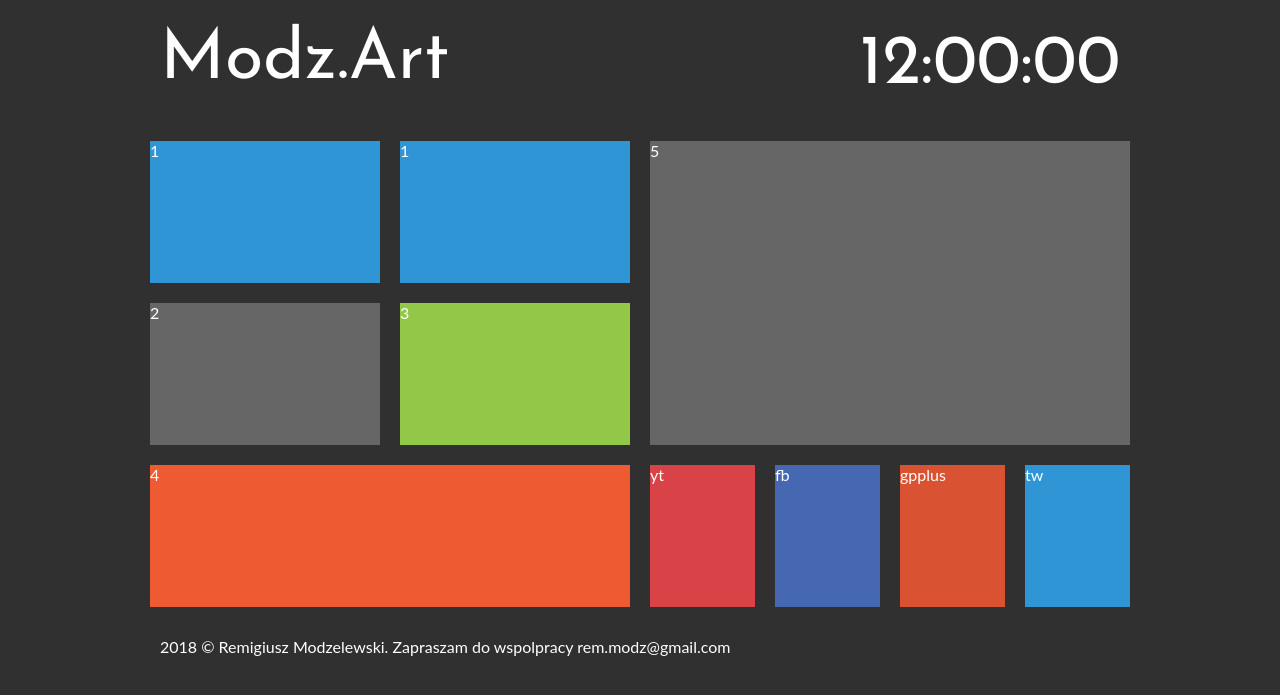
Repository: RemModz/Portfolio
Page: index.html
These files come from the project's save history. The page is drawn as it stood at one moment and after the next save; the edit follows.
The browser window is 1280 px wide. The pictures show the whole page.

Above is the page before, as saved 2018-11-01 19:12:42.

After the next save:
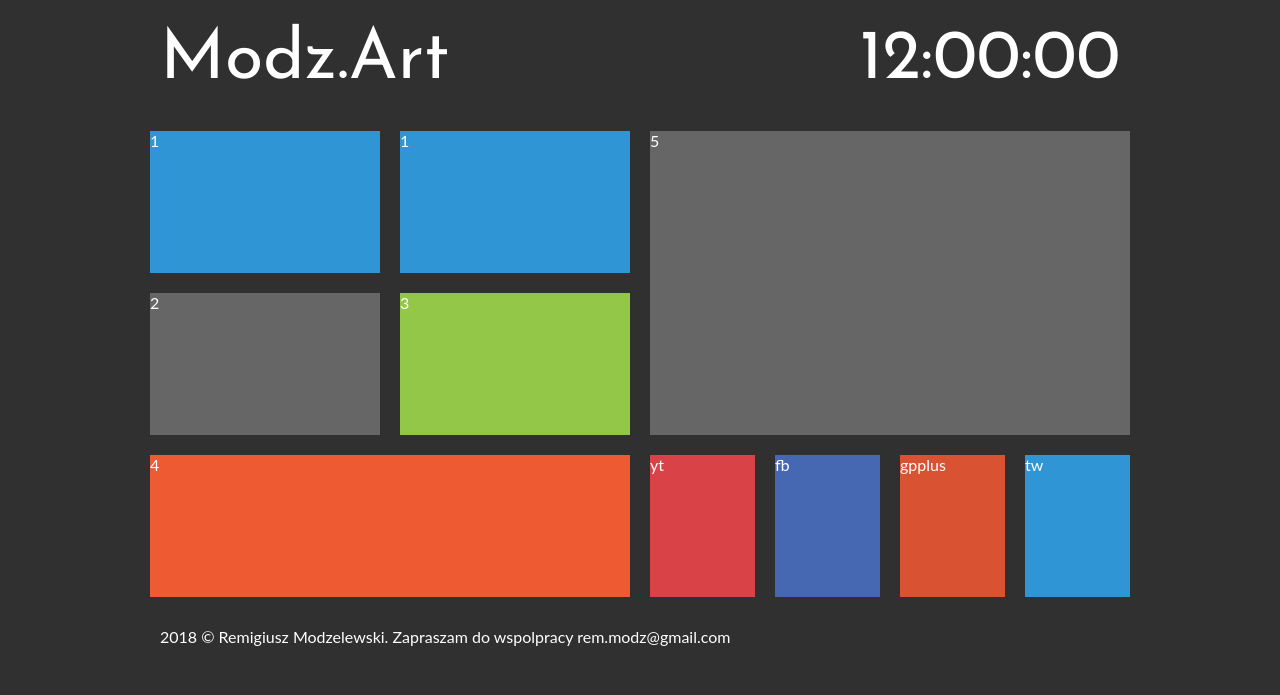
Saved 34 s later.
--- a/style.css
+++ b/style.css
@@ -27,15 +27,15 @@
     font-size: 70px;
     width: 600;
     margin-top: 5px;
-    margin-bottom: 10px;
+    margin-bottom: 5px;
 }
 
 #zegar {
     float: right;
     font-family: 'Josefin Sans', sans-serif;
     font-size: 70px;
-    margin-top: 10px;
-    margin-bottom: 10px;
+    margin-top: 5px;
+    margin-bottom: 5px;
 }
 .tile1 {
     margin: 10px;
